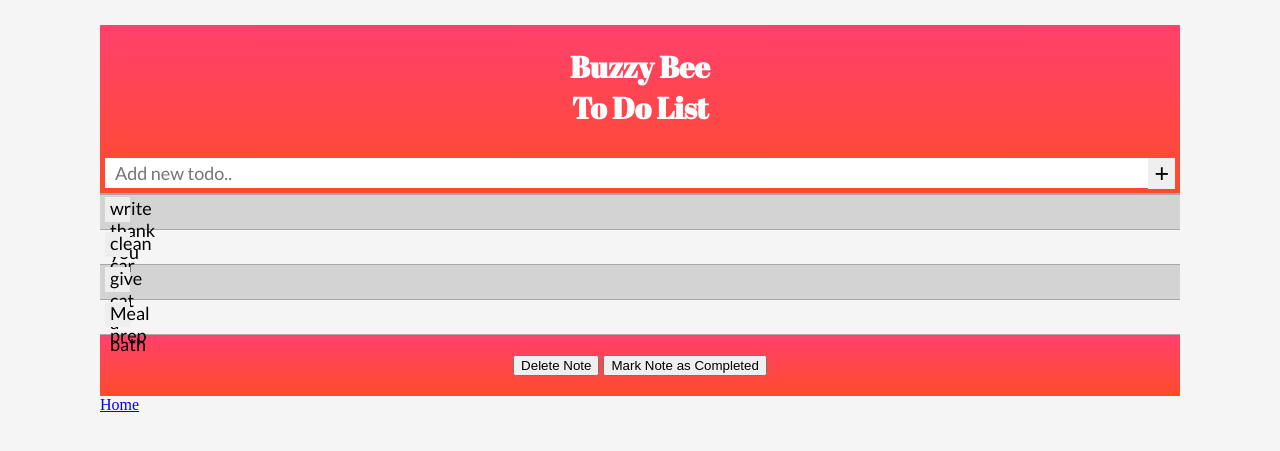
Repository: seleniadelgado/backend-spring2020-angie
Page: projects/todo/public_html/index.html
These files come from the project's save history. The page is drawn as it stood at one moment and after the next save; the edit follows.
The browser window is 1280 px wide. The pictures show the whole page.
The page's requests for data from a server got no answer.

Above is the page before, as saved 2020-05-13 16:48:51.

After the next save:
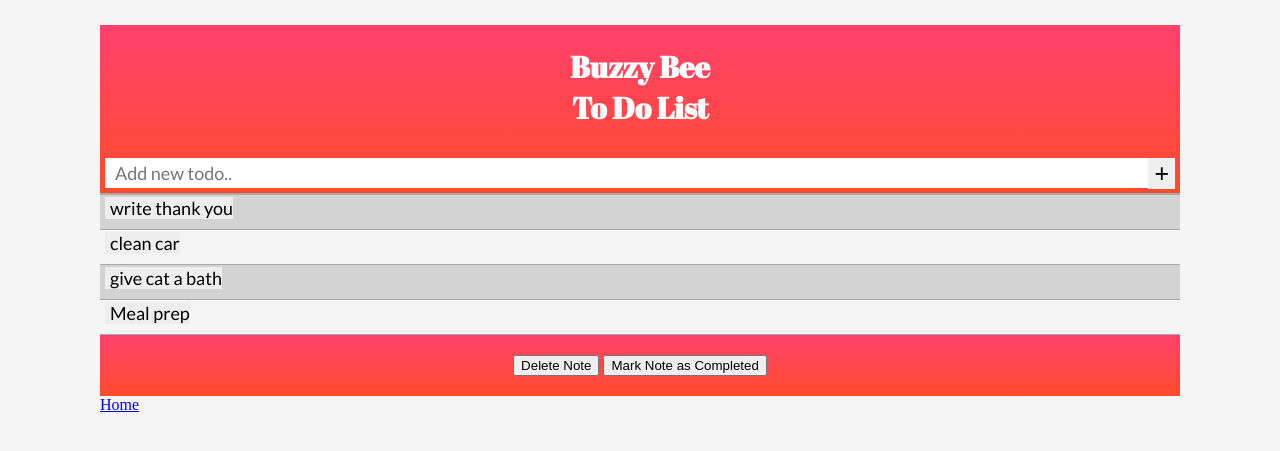
Saved 10 s later.
--- a/projects/todo/public_html/styles.css
+++ b/projects/todo/public_html/styles.css
@@ -101,8 +101,6 @@ body {
   }
   /* Create a custom checkbox */
 .checkmark {
-    height: 25px;
-    width: 25px;
     background-color: #eee;
   }
 
